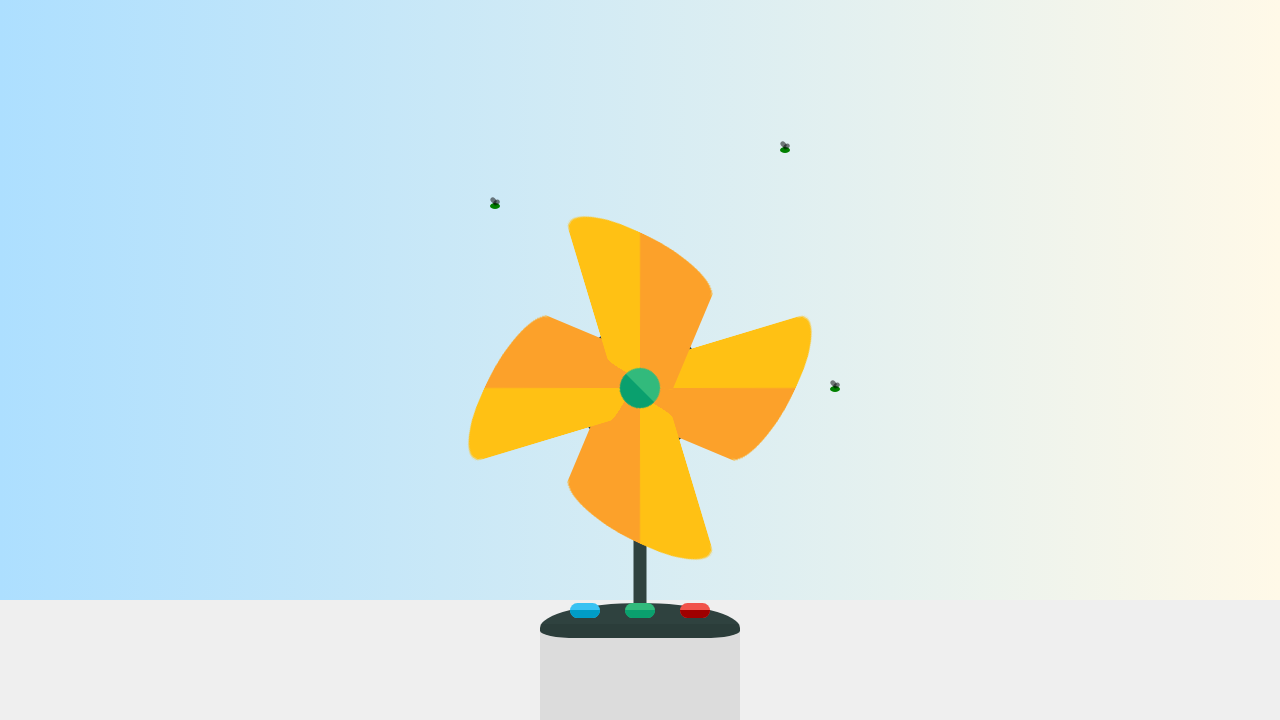
Repository: VuTuanAnh0949/CodeFan
Page: index.html
The author's editor kept a copy of each file at every save. The page is drawn from the files as they stood at one save, then again after the next save.
The browser window is 1280 px wide. The pictures show the whole page.

Above is the page before, as saved 2022-06-21 14:34:52.

### index.html
<!DOCTYPE html>
<html lang="en">
<head>
    <meta charset="UTF-8">
    <meta http-equiv="X-UA-Compatible" content="IE=edge">
    <meta name="viewport" content="width=device-width, initial-scale=1.0">
    <title>Document</title>
    <link rel="stylesheet" href="style.css">
</head>
<body>
    <div class="windows">
        <div class="window"></div>

    </div>
    <div class="fan">
        <div class="fan__root"> <span class="top"> <label class="red" for="engine"></label> <label class="green"
                    for="engine2"></label> <label class="blue" for="jack"></label> </span> <span class="bottom"></span>
        </div>
        <div class="fan__staddle"></div> <input type="checkbox" id="jack" hidden />
        <div class="head">
            <div class="fan__engine"> <span class="center"></span> </div> <input type="checkbox" id="engine" hidden
                checked />
            <div> <span class="fly"></span> <span class="fly"></span> <span class="fly"></span>
                <div class="fan__blades"> <input type="checkbox" id="engine2" hidden checked />
                    <div class="fan__blades">
                        <div class="center"></div>
                        <div class="blade"><span></span></div>
                        <div class="blade"><span></span></div>
                        <div class="blade"><span></span></div>
                        <div class="blade"><span></span></div>
                    </div>
                </div>
            </div>
        </div>
    </div>

</body>
</html>

### style.css
html {
    overflow: hidden;
}

body {
    overflow: hidden;
    margin: 0;
    padding: 0;
    background: linear-gradient(90deg, #addfff, #fff9e8);
    display: flex;
    justify-content: center;
    align-items: center;
    width: 100vw;
    height: 100vh;
    position: relative;
}

body::after {
    position: absolute;
    width: 100%;
    content: "";
    height: calc(100% - 600px);
    z-index: 0;
    background: #efefef;
    bottom: 0;
}

@keyframes spin {
    from {
        transform: rotate(0deg);
    }

    to {
        transform: rotate(360deg);
    }
}

@keyframes off {
    to {
        transform: rotate(380deg);
    }
}

@keyframes off2 {
    to {
        transform: rotate(880deg);
    }
}

@keyframes fly {
    to {
        margin-top: 50px;
    }
}

span {
    display: block;
}

.windows {
    width: 100vw;
    height: 100vh;
    position: absolute;
    z-index: 0;
    top: 0;
    left: 0;
    display: flex;
    align-content: flex-start;
}


.fly {
    transition: 0.5s all cubic-bezier(0.04, 0.06, 0, 1.18), 1s transform;
    width: 10px;
    height: 6px;
    background: green;
    border-radius: 50%;
    position: absolute;
    animation: fly 5s alternate infinite ease-in-out;
}

.fly:nth-of-type(1) {
    top: -78px;
    left: -200px;
}

.fly:nth-of-type(2) {
    transform: translateY(-10px);
    animation-delay: 4s;
    top: 5px;
    right: -250px;
}

.fly:nth-of-type(3) {
    transform: translateY(0px);
    top: 400px;
    animation-delay: 2s;
    right: -400px;
}

.fly::after,
.fly::before {
    content: "";
    position: absolute;
    width: 7px;
    height: 5px;
    background-color: rgba(0, 0, 0, 0.5);
    display: block;
    border-radius: 50%;
}

.fly::before {
    bottom: 4px;
    transform: rotate(325deg);
    left: 3px;
}

.fly::after {
    transform: rotate(45deg);
    bottom: 6px;
}

.fan {
    width: 500px;
    height: 500px;
    position: relative;
    z-index: 1;
    margin-top: 75px;
    perspective: 500px;
}

.fan::after {
    content: "";
    display: block;
    position: absolute;
    height: 500px;
    width: 200px;
    background: rgba(0, 0, 0, 0.08);
    top: calc(100% - 24px);
    left: calc(50% - 100px);

}

.fan__root {
    width: 200px;
    position: absolute;
    bottom: 0;
    left: 50%;
    transform: translateX(-50%);
}

.fan__root .top {
    overflow: hidden;
    width: 200px;
    height: 25px;
    position: relative;
}

.fan__root .top::after {
    content: "";
    display: block;
    width: 200px;
    height: 50px;
    background: #2f423f;
    border-radius: 50%;
}

.fan__root .top .red {
    position: absolute;
    width: 30px;
    height: 15px;
    border-radius: 15px;
    display: block;
    right: 30px;
    background: #f15249;
    cursor: pointer;
    overflow: hidden;
}

.fan__root .top .green {
    position: absolute;
    width: 30px;
    height: 15px;
    border-radius: 15px;
    display: block;
    right: 85px;
    background: #32ba7c;
    cursor: pointer;
    overflow: hidden;
}

.fan__root .top .green::after {
    content: "";
    display: block;
    width: 100%;
    height: 50%;
    position: absolute;
    bottom: 0;
    background: #0aa06e;
}

.fan__root .top .red::after {
    content: "";
    display: block;
    width: 100%;
    height: 50%;
    position: absolute;
    bottom: 0;
    background: #a00000;
}

.fan__root .top .blue {
    position: absolute;
    cursor: pointer;
    width: 30px;
    height: 15px;
    border-radius: 15px;
    display: block;
    left: 30px;
    background: #3ac2f2;
    overflow: hidden;
}

.fan__root .top .blue::after {
    content: "";
    display: block;
    width: 100%;
    height: 50%;
    position: absolute;
    bottom: 0;
    background: #009cc6;
}

.fan__root .bottom {
    overflow: hidden;
    width: 200px;
    height: 20px;
}

.fan__root .bottom::after {
    content: "";
    display: block;
    width: 200px;
    height: 40px;
    background: #2f423f;
    border-radius: 18%;
    transform: translateY(-30px);
}

.fan__staddle {
    position: absolute;
    bottom: 45px;
    background: #2f423f;
    height: 270px;
    width: 13px;
    left: 50%;
    transform: translateX(-50%);
}

.fan__engine {
    position: absolute;
    bottom: 0px;
    width: 130px;
    height: 130px;
    background: #2f423f;
    border-radius: 50%;
    left: 50%;
    transform: translateX(-50%);
}

.fan__engine::after {
    content: "";
    background: #2f423f;
    display: block;
    width: 25px;
    height: 50px;
    position: absolute;
    top: 105px;
    left: 50%;
    transform: translateX(-50%);
    border-radius: 0 0 5px 5px;
}

.fan__blades {
    width: 230px;
    height: 230px;
    position: absolute;
    bottom: -50px;
    transition: 2s;
    transform-origin: center center;
    left: calc(50% - 115px);
    z-index: 1;
    animation: spin infinite 0.38s linear forwards;
}

.fan__blades .fan__blades {
    bottom: 0;
    animation: spin infinite 0.5s linear forwards;
}

.fan__blades .blade {
    position: absolute;
    width: 90px;
    height: 100%;
    left: 50%;
    transform: translateX(-50%) skewY(25deg);
    perspective: 500px;
    transform-style: preserve-3d;
}

.fan__blades .blade:nth-child(2) {
    transform: translateX(-50%) rotate(90deg) skewY(25deg);
}

.fan__blades .blade:nth-child(3) {
    transform: translateX(-50%) rotate(180deg) skewY(25deg);
}

.fan__blades .blade:nth-child(4) {
    transform: translateX(-50%) rotate(270deg) skewY(25deg);
}

.fan__blades .blade span {
    width: 100%;
    height: 200%;
    border-radius: 44px;
    background: #ffc114;
    position: absolute;
    top: -66px;
    display: block;
    transform-style: preserve-3d;
    transform: rotateX(81deg);
    overflow: hidden;
}

.fan__blades .blade span::after {
    width: 50%;
    height: 100%;
    content: "";
    display: block;
    background: #fca12a;
    transform: rotate(0deg);
}

.fan__blades .center {
    position: absolute;
    overflow: hidden;
    width: 40px;
    height: 40px;
    border-radius: 50%;
    left: 50%;
    top: 50%;
    transform: translate(-50%, -50%) rotate(45deg);
    background: #32ba7c;
    z-index: 2;
}

.fan__blades .center::after {
    display: block;
    content: "";
    width: 40px;
    height: 20px;
    background: #0aa06e;
}

.head {
    transition: 1s transform;
    height: auto;
    width: auto;
    position: absolute;
    width: 300px;
    height: 300px;
    bottom: 195px;
    left: calc(50% - 150px);
    /* transform: translateX(-50%); */
}

#engine:checked+div>div {
    animation: off2 1s ease-out forwards;
}

#engine:checked+div>span:nth-child(1) {
    transition: 5s all ease-in-out, 1s transform;
    left: 0px;
    top: 0px;
}

#engine:checked+div>span:nth-child(2) {
    transition: 5s all ease-in-out, 1s transform;
    right: 0px;
    top: 0px;
}

#engine:checked+div>span:nth-child(3) {
    transition: 7s all ease-in-out, 1s transform;
    right: -50px;
    top: 200px;
}

#engine2:checked+div {
    animation: off 1s ease-out forwards;
}

#jack:checked+div {
    transform: translateY(-115px);
}

#jack:checked+div>div:nth-child(3)>span {
    transform: translateY(115px);
}

After the next save:
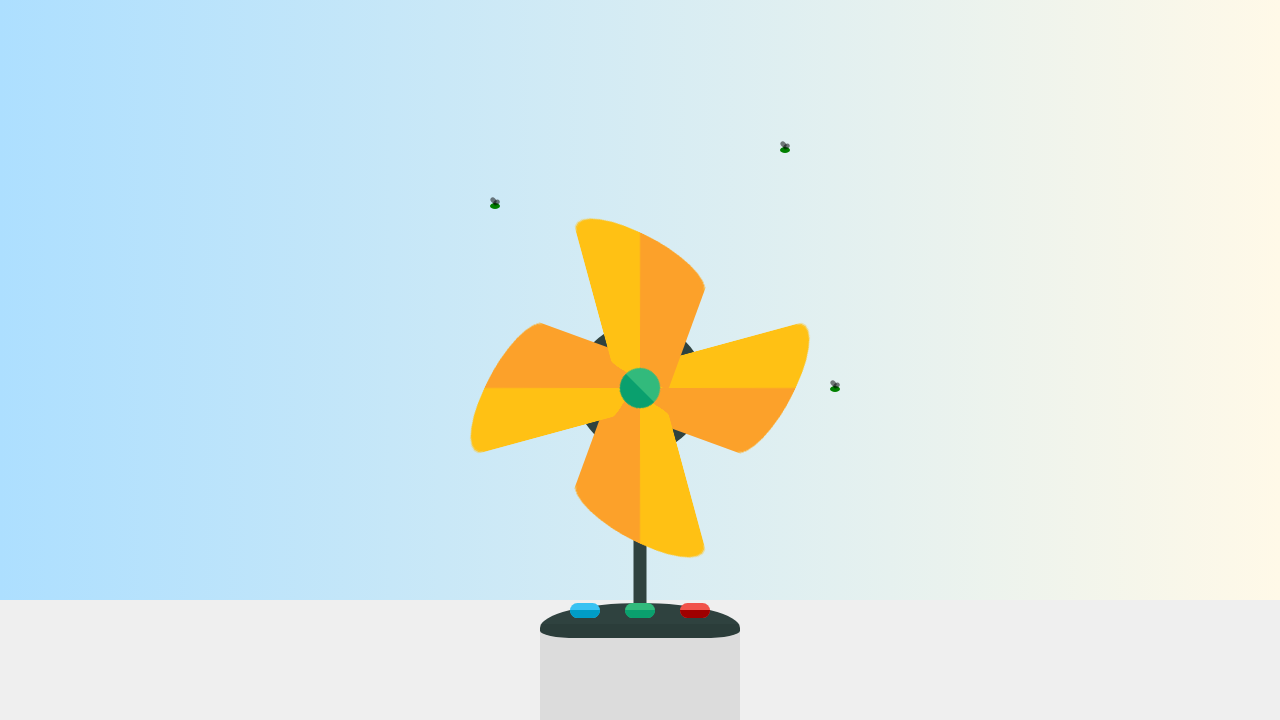
Saved 5 s later.
--- a/style.css
+++ b/style.css
@@ -300,7 +300,7 @@ span {
 
 .fan__blades .blade {
     position: absolute;
-    width: 90px;
+    width: 80px;
     height: 100%;
     left: 50%;
     transform: translateX(-50%) skewY(25deg);
